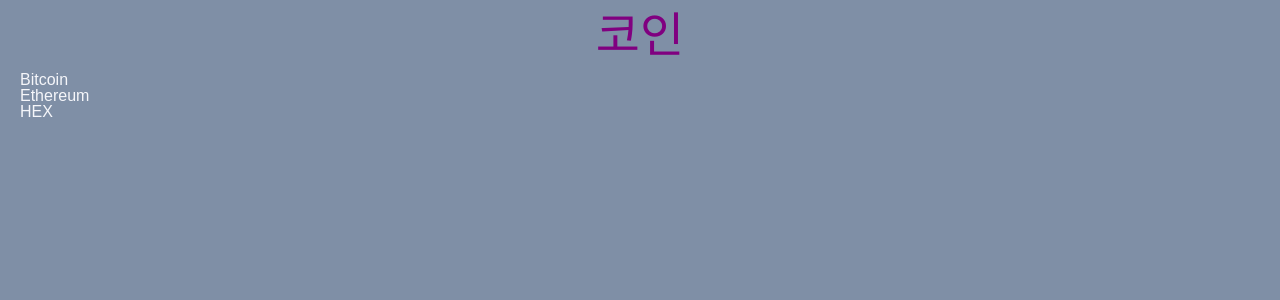
Repository: SeungYn/react-nomad
Page: / (app in cryptotracker/)
An editor plug-in stored every save of this project. The page is shown before and after the next save, followed by the edit.
The browser window is 1280 px wide. The pictures show the whole page.
The project was rebuilt for these pictures with package versions that can differ from the ones it lists, and the page was loaded fresh each time. Also part of the build but not shown: cryptotracker/src/routes/Coin.tsx.

Above is the page before, as saved 2023-01-04 12:48:45.

### cryptotracker/src/index.tsx
import React from 'react';
import ReactDOM from 'react-dom/client';
import './index.css';
import App from './App';
import { ThemeProvider } from 'styled-components';
import { theme } from './theme';
import Router from './Router';

const root = ReactDOM.createRoot(
  document.getElementById('root') as HTMLElement
);
root.render(
  <React.StrictMode>
    <ThemeProvider theme={theme}>
      <App />
    </ThemeProvider>
  </React.StrictMode>
);

### cryptotracker/src/App.tsx
import { createGlobalStyle } from 'styled-components';
import Router from './Router';

const GlobalStyle = createGlobalStyle`
@import url('https://fonts.googleapis.com/css2?family=Source+Sans+Pro:wght@300;400&display=swap');
  html, body, div, span, applet, object, iframe,
h1, h2, h3, h4, h5, h6, p, blockquote, pre,
a, abbr, acronym, address, big, cite, code,
del, dfn, em, img, ins, kbd, q, s, samp,
small, strike, strong, sub, sup, tt, var,
b, u, i, center,
dl, dt, dd, menu, ol, ul, li,
fieldset, form, label, legend,
table, caption, tbody, tfoot, thead, tr, th, td,
article, aside, canvas, details, embed,
figure, figcaption, footer, header, hgroup,
main, menu, nav, output, ruby, section, summary,
time, mark, audio, video {
  margin: 0;
  padding: 0;
  border: 0;
  font-size: 100%;
  font: inherit;
  vertical-align: baseline;
}
/* HTML5 display-role reset for older browsers */
article, aside, details, figcaption, figure,
footer, header, hgroup, main, menu, nav, section {
  display: block;
}
/* HTML5 hidden-attribute fix for newer browsers */
*[hidden] {
    display: none;
}
body {
  line-height: 1;
}
menu, ol, ul {
  list-style: none;
}
blockquote, q {
  quotes: none;
}
blockquote:before, blockquote:after,
q:before, q:after {
  content: '';
  content: none;
}
table {
  border-collapse: collapse;
  border-spacing: 0;
}

*{
  box-sizing: border-box;
}

body {
  font-family: 'Source Sans Pro', sans-serif;
  background-color: ${(props) => {
    console.log(props.theme.bgColor);
    return props.theme.bgColor;
  }};
  color:${(props) => props.theme.textColor}
}

a{
  text-decoration:none;
}
`;

function App() {
  return (
    <>
      <GlobalStyle />
      <Router />
    </>
  );
}

export default App;

### cryptotracker/src/theme.ts
import { DefaultTheme } from 'styled-components';

export const theme: DefaultTheme = {
  textColor: '#f5f6fa',
  bgColor: '#7f8fa6',
  accentColor: 'purple',
};

### cryptotracker/src/Router.tsx
import { BrowserRouter, Routes, Route } from 'react-router-dom';
import Coin from './routes/Coin';
import Coins from './routes/Coins';

export default function Router() {
  return (
    <BrowserRouter>
      <Routes>
        <Route path='/:coinId' element={<Coin />}></Route>
        <Route path='/' element={<Coins />}></Route>
      </Routes>
    </BrowserRouter>
  );
}

### cryptotracker/src/routes/Coins.tsx
import styled from 'styled-components';

const Container = styled.div`
  padding: 0px 20px;
`;

const Header = styled.header`
  height: 10vh;
  display: flex;
  justify-content: center;
  align-items: center;
`;

const CoinsList = styled.ul``;

const Coin = styled.li``;

const Title = styled.h1`
  font-size: 48px;
  color: ${(props) => props.theme.accentColor};
`;

const coins = [
  {
    id: 'btc-bitcoin',
    name: 'Bitcoin',
    symbol: 'BTC',
    rank: 1,
    is_new: false,
    is_active: true,
    type: 'coin',
  },
  {
    id: 'eth-ethereum',
    name: 'Ethereum',
    symbol: 'ETH',
    rank: 2,
    is_new: false,
    is_active: true,
    type: 'coin',
  },
  {
    id: 'hex-hex',
    name: 'HEX',
    symbol: 'HEX',
    rank: 3,
    is_new: false,
    is_active: true,
    type: 'token',
  },
];

export default function Coins() {
  return (
    <Container>
      <Header>
        <Title>코인</Title>
      </Header>
      <CoinsList>
        {coins.map((coin) => (
          <Coin key={coin.id}>{coin.name}</Coin>
        ))}
      </CoinsList>
    </Container>
  );
}

Loaded but not shown: cryptotracker/public/index.html (common file); cryptotracker/src/index.css (common file)

After the next save:
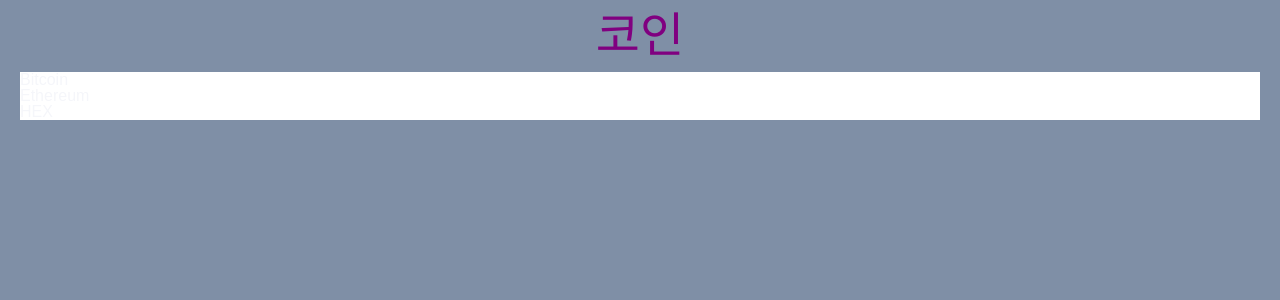
Saved 20 s later.
--- a/cryptotracker/src/routes/Coins.tsx
+++ b/cryptotracker/src/routes/Coins.tsx
@@ -13,7 +13,9 @@
 
 const CoinsList = styled.ul``;
 
-const Coin = styled.li``;
+const Coin = styled.li`
+  background-color: white;
+`;
 
 const Title = styled.h1`
   font-size: 48px;
